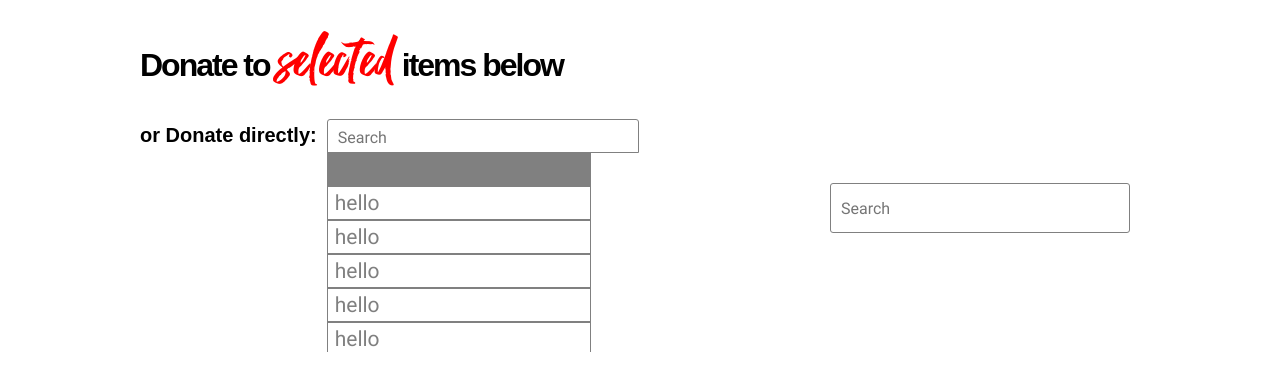
Repository: David-Waite/edableStyleChanges
Page: /
The author's editor kept a copy of each file at every save. The page is drawn from the files as they stood at one save, then again after the next save.
The browser window is 1280 px wide. The pictures show the whole page.
The pointer rests on the first visible `.orgName`.
The project was rebuilt for these pictures with package versions that can differ from the ones it lists, and the page was loaded fresh each time. Also part of the build but not shown: src/components/Item/ProgressBar.css, src/components/Volunteer/Volunteer.tsx, src/components/DonorForm/Message.css, src/components/Volunteer/VolunteerError.tsx, src/components/Default.tsx, src/components/DonorForm/Paypal.tsx, src/components/DonorForm/DonorForm.tsx, src/components/DonorForm/PastDonations.css and 8 more.

Above is the page before, as saved 2022-11-09 19:48:22.

After the next save:
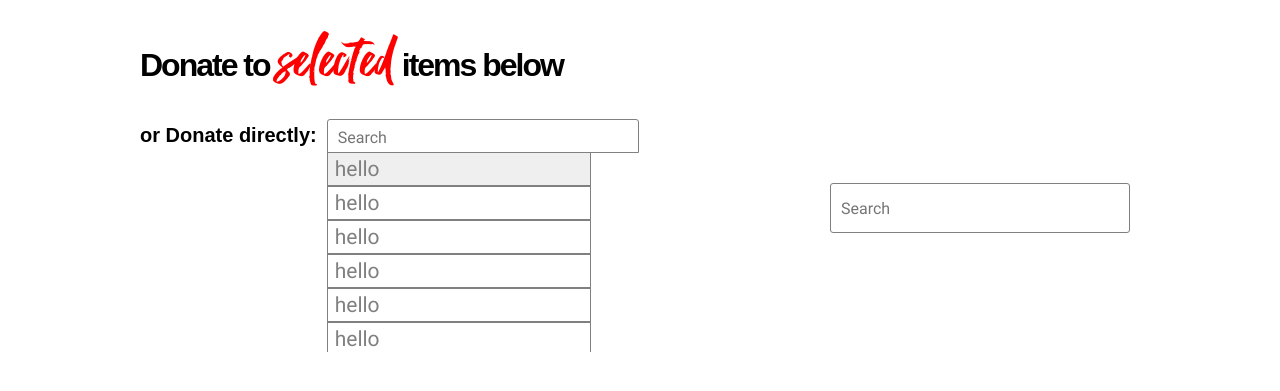
Saved 9 s later.
--- a/src/components/Landing/Landing.css
+++ b/src/components/Landing/Landing.css
@@ -78,7 +78,7 @@
 }
 
 .orgName:hover {
-  background-color: grey;
+  background-color: rgb(239, 239, 239);
 }
 .col {
   padding: 0;
